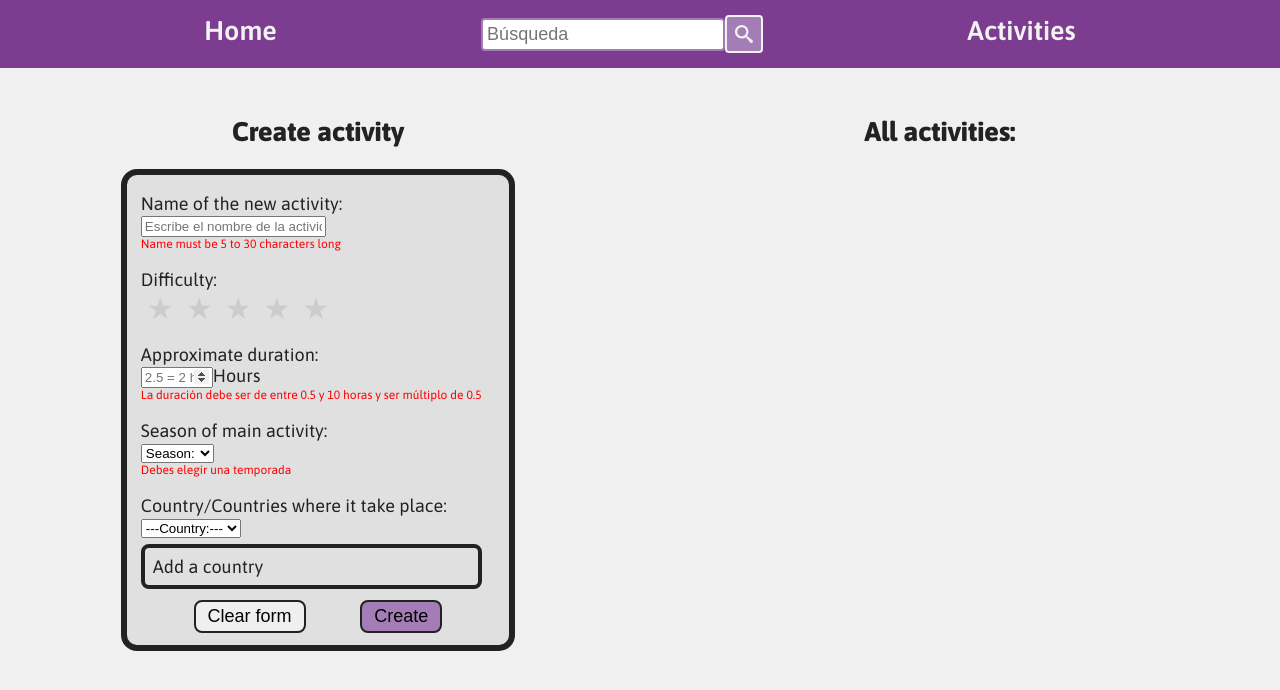
Repository: PCGP22/PI-Countries
Page: /countries/activities (app in cr-pi-countries-main/client/)
These files come from the project's save history. The page is drawn as it stood at one moment and after the next save; the edit follows.
The browser window is 1280 px wide. The pictures show the whole page.
The page's requests for data from a server got no answer. The project was rebuilt for these pictures with package versions that can differ from the ones it lists, and the page was loaded fresh each time. No one was signed in, and anything a server would have sent is missing. Also part of the build but not shown: cr-pi-countries-main/client/vite.config.js, cr-pi-countries-main/client/src/styles/LandingPage.modules.css, cr-pi-countries-main/client/src/components/LandingPage.jsx, cr-pi-countries-main/client/src/components/Detail.jsx, cr-pi-countries-main/client/src/components/Filter.jsx, cr-pi-countries-main/client/src/styles/HomePage.modules.css, cr-pi-countries-main/client/src/components/HomePage.jsx.

Above is the page before, as saved 2023-08-07 22:16:21.

### cr-pi-countries-main/client/src/main.jsx
import React from 'react'
import ReactDOM from 'react-dom/client'
import App from './App.jsx'
import { BrowserRouter } from 'react-router-dom'
import { Provider } from 'react-redux'
import store from './redux/store.js'

ReactDOM.createRoot(document.getElementById('root')).render(
  <Provider store={store}>
    <BrowserRouter>
      <App />
    </BrowserRouter>
  </Provider>
)

### cr-pi-countries-main/client/src/App.jsx
import {Routes, Route, useNavigate } from "react-router-dom"
import LandingPage from "./components/LandingPage"
import WithNavBar from "./components/WithNavBar"
import Detail from "./components/Detail.jsx"
import ActivityPage from "./components/ActivityPage"
import HomePage from "./components/HomePage.jsx"
import { useEffect } from "react"
import "./styles/App.modules.css"

function App() {

  // const navigate = useNavigate()

  // useEffect(() => {
  //   navigate("/countries/")
  // }, [])



  return (
    <Routes>
      <Route path="/countries/" element={<LandingPage navBar={false}/>}/>
      <Route element={<WithNavBar/>}>
        <Route path="/countries/countries/" element={<HomePage/>}/>
        <Route path="/countries/countries/search" element={<HomePage/>}/>
        <Route path="/countries/countries/:idCountry" element={<Detail/>}/>
        <Route path="/countries/activities" element={<ActivityPage/>}/>
      </Route>
    </Routes>
  )
}

export default App

### cr-pi-countries-main/client/src/redux/store.js
import { createStore, applyMiddleware } from "redux";
import thunkMiddleware from 'redux-thunk'
import { composeWithDevTools } from 'redux-devtools-extension'
import { reducer } from "./reducer.js"

const composedEnhancer = composeWithDevTools(applyMiddleware(thunkMiddleware))

const store = createStore(reducer, composedEnhancer);
export default store;

### cr-pi-countries-main/client/src/components/WithNavBar.jsx
import { Outlet   } from 'react-router-dom'
import NavBar from './NavBar.jsx'

function WithNavBar() {

  return (
    <>
      <NavBar/>
      <Outlet/>
    </>
  )
}

export default WithNavBar

### cr-pi-countries-main/client/src/components/ActivityPage.jsx
import { useEffect, useState } from 'react'
import "./ActividadesPage.css"
import { connect } from "react-redux"
import { activityCreate, addActivities, addCountries } from '../redux/actions';
import "../styles/ActivityPage.modules.css"

const regexNombre = /[\w]{5,}/i;
let countryList = []

const validar = (inputs) =>{

    let errores = {}

    if(!regexNombre.test(inputs.name) || inputs.name.length>30){
        errores.name = "Name must be 5 to 30 characters long"
    } else if(regexNombre.test(inputs.name) && inputs.name.length<30){delete errores.name}
    if(inputs.difficulty === 0){ errores.difficulty = "Debes elegir una dificultad"}
    else if(inputs.difficulty !== 0){delete errores.difficulty}
    if(inputs.duration%0.5 !== 0 || inputs.duration < 0.5 || inputs.duration > 10){
        errores.duration = "La duración debe ser de entre 0.5 y 10 horas y ser múltiplo de 0.5"
    } else if (inputs.duration%0.5 === 0 && inputs.duration > 0.5 && inputs.duration < 10){
        delete errores.duration
    }
    if(inputs.season === ""){
        errores.season = "Debes elegir una temporada"
    } else if( inputs.season !== ""){delete errores.season}
    if(inputs.countryId.join("") === "" ){
        errores.countryId = "Debes seleccionar al menos un país"
    } else if( inputs.countryId.length !== 0){delete errores.countryId}

    return errores
}

function ActivityPage(props) {
    const [rating, setRating] = useState(0);
    const initialState = {
        name: "",
        difficulty: 0,
        duration: 0,
        season: "",
        countryId: [],
    }
    const [countryBox, setCountryBox] = useState([])
    const [form, setForm] = useState(initialState)
    const [errores, setErrores] = useState({})

    const ratings = [1,2,3,4,5]
    const [hover, setHover] = useState(0);
    const activities = props.allActivities
    const countries = props.allCountries.sort((a,b)=>{
        if (a.name < b.name) {
          return -1;
        }
        if (a.name > b.name) {
          return 1;
        }
        return 0;
      })

      useEffect(() => {
        setForm({...form, countryId: countryList})
        setErrores(validar({...form, countryId: countryList}))
        console.log(form.countryId)
      }, [countryBox])

    const handleChange = (e) => {
        if(e.target.value !== "ignore"){
            setForm({...form, [e.target.name]: e.target.value})
            setErrores(validar({...form, [e.target.name]: e.target.value}))
        }

    }
    const handleCountryChange = (e) => {
        let [id, name] = e.target.value.split(",")
        setCountryBox([...countryBox, name])
        countryList.push(id)
    }

    const handleReset = () => {
        setForm(initialState)
        setCountryBox([])
        setRating(0)
        setHover(0)
        countryList = []
    }

    const handleSubmit = (e) => {
        e.preventDefault()
        let erroresLength = Object.keys(errores).length;
        if(!erroresLength){
            props.activityCreate(form)
            handleReset()
            e.target.reset()
        } else {
            let errorLog = []
            for(let error in errores){
                errorLog.push(errores[error])
            }
            alert(errorLog.join("\n"))
        }
    }

    const handleClose = (e) => {
        setCountryBox(countryBox.filter(c=> c!== e.target.value))
    }

    useEffect(() => {
        props.addActivities()
        props.addCountries()
    }, [form])

  return (
    <div className='activityPage__container'>
        <aside className='activityPage__aside'>
            <h1>Create activity</h1>
            <form onSubmit={handleSubmit} className='activityPage__form'>
                <fieldset className='activityPage__formSection'>
                    <label htmlFor="name">Name of the new activity:</label>
                    <br/>
                    <input type='text' name="name" onChange={handleChange} placeholder='Escribe el nombre de la actividad'/>
                    {errores.name?<p className="form--error no-space">{errores.name}</p>:""}
                </fieldset>
                <fieldset className='activityPage__formSection'>
                    <label htmlFor='difficulty'>Difficulty:</label>
                    <div className='filter__starContainer'>
                        {
                            ratings.map(i => {
                                return(
                                    <button type="button" name="difficulty" className={i <= (hover || rating)? "on star" : "off star"} key={i} index={i}
                                    onClick={() => {setRating(i); setForm({...form, difficulty: i})}}
                                    onMouseEnter={() => setHover(i)}
                                    onMouseLeave={() => setHover(rating)}>★</button>
                                    )

                                })
                            }
                    </div>
                </fieldset>
                <fieldset className='activityPage__formSection'>
                    <label htmlFor="duration">Approximate duration:</label>
                    <br/>
                    <input type='number' onChange={handleChange} name="duration" placeholder='2.5 = 2 horas y media' min="0.5" max="10" step="0.5"/>
                    <span>Hours</span>
                    {errores.duration?<p className="form--error no-space">{errores.duration}</p>:""}
                </fieldset>
                <fieldset className='activityPage__formSection'>
                    <label htmlFor='season'>Season of main activity:</label>
                    <br/>
                    <select onChange={handleChange} name="season">
                        <option value="ignore" defaultValue={true}>Season:</option>
                        <option value="Primavera">Spring</option>
                        <option value="Verano">Summer</option>
                        <option value="Otoño">Fall</option>
                        <option value="Invierno">Winter</option>
                    </select>
                    {errores.season?<p className="form--error no-space">{errores.season}</p>:""}
                </fieldset>
                <fieldset className='activityPage__formSection'>
                    <label htmlFor='countryId'>Country/Countries where it take place:</label>
                    <br/>
                    <select onChange={handleCountryChange} name="countryId">
                        <option defaultValue={true}>---Country:---</option>
                        {countries.map(c=>{
                            return(
                                <option key={c.name} value={[c.id,c.name]}>{c.name}</option>
                            )
                        })}
                    </select>
                    <div className='activityPage__countryBox'>
                        {countryBox.length>0 ? countryBox.map(c=>
                            <div key={c} className='activityPage__countryList'>
                                <span>{c}</span>
                                <button type='button' onClick={handleClose} className='activityPage__closeButton' value={c}>x</button>
                            </div>
                        ):
                            <div className='activityPage__countryList'> Add a country</div>
                        }
                    </div>
                </fieldset>
                <div className='activityPage__formButtons'>
                    <button onClick={handleReset} type="reset" className='activityPage__button'>Clear form</button>
                    <button type='submit' className='activityPage__button submitButton'>Create</button>
                </div>
            </form>
        </aside>
        <main className='activityPage__main'>
            <h2>All activities:</h2>
            <section className='activityContainer'>
                {activities.length > 0 && activities.map(a=>{
                    let ratingActivity = "★".repeat(a.difficulty).split("")
                    return(
                        <div className='activityBox' key={a.id}>
                            <h3>Name: {a.name? a.name: "N/A"}</h3>
                            {ratingActivity.map((r)=>
                                <span key={Math.random()} className='on star_mini'>{r}</span>
                                )}
                            <p>Duration: {a.duration? a.duration : "N/A"} Hrs.</p>
                            <p>Season: {a.season? a.season : "N/A"}</p>
                            <p>Countries: {a.countryId? a.countryId.join(", ") : "N/A"}</p>
                        </div>
                    )
                })}
            </section>
        </main>
    </div>
  )
}


const mapStateToProps =(state) => {
    return{
        allActivities: state.allActivities,
        allCountries: state.allCountries
    }
}

const mapDispatchToProps = (dispatch) => {
    return{
        activityCreate: (activity) => {dispatch(activityCreate(activity))},
        addActivities: () => {dispatch(addActivities())},
        addCountries: ()=>{dispatch(addCountries())},

    }
}

export default connect(mapStateToProps,mapDispatchToProps)(ActivityPage)

### cr-pi-countries-main/client/src/styles/App.modules.css
@import url('https://fonts.googleapis.com/css2?family=Asap:wght@400;600;800&display=swap');

:root{
    --black: #222;
    --dark-purple: #7c3c8f;
    --purple: #a57db6;
    --dark-grey: #e0e0e0;
    --white: #f2f2f2;
    --light-grey: #f0f0f0;

    font-family: 'Asap', sans-serif;
    font-size: 18px;
    color: var(--black);
    background-color: var(--light-grey);


}
a{
    text-decoration: none;
    font-family: inherit;
    color: inherit;
    text-align: center;
}

a.button{
    color: var(--black);
    background-color: var(--light-grey);
    display: inline-block;
    width: fit-content;
}

body{
    padding:0;
    margin: 0;
}

.title-text{
    font-weight: 800;
    font-size: 4em;
}

.big-text{
    font-weight: 600;
    font-size: 1.5em;
}

.normal-text{
    font-weight: 400;
}

.white-text{
    color: var(--white);
}
.button{
    background-color: var(--light-grey);
}

.dark-purple{
    background: var(--dark-purple);
}

.purple{
    background: var(--purple);
}

.soft-grey{
    background-color: var(--light-grey);
}

.dark-grey{
    background-color: var(--dark-grey);
}

.no-space{
    margin: 0;
    padding: 0;
}

### cr-pi-countries-main/client/src/components/NavBar.jsx
import { Link } from 'react-router-dom'
import SearchBar from './SearchBar'
import { useLocation } from 'react-router-dom'
import "../styles/NavBar.modules.css"

function NavBar() {

  const location = useLocation();
  return (
      <div className='navBar__Container dark-purple white-text'>
        <Link to="/countries/countries/" className={location.pathname.toString() === "/countries/countries/"? 'navBar__link link_active big-text': 'navBar__link big-text'}>Home</Link>
        <SearchBar/>
        <Link to="/countries/activities/" className={location.pathname.toString() === "/countries/activities/"? 'navBar__link link_active big-text': 'navBar__link big-text'}>Activities</Link>
      </div>
  )
}

export default NavBar

### cr-pi-countries-main/client/src/redux/actions.js
export const ADD_COUNTRIES = "ADD_COUNTRIES"
export const ID_SEARCH = "ID_SEARCH"
export const NAME_SEARCH = "NAME_SEARCH"
export const FILTER = "FILTER"
export const ORDER = "ORDER"
export const ACTIVITY_CREATE = "ACTIVITY_CREATE"
export const ADD_ACTIVITIES = "ADD_ACTIVITIES"
import axios from "axios"

export const addCountries = () => {
    const endpoint = 'http://localhost:5000/countries/'
    return async (dispatch) => {
        try{
            const {data} = await axios.get(endpoint);
            return dispatch({
                type: ADD_COUNTRIES,
                payload: data
            })
        }
        catch(error){
            console.log(error.message)
        }
}}

export const addActivities = () => {
    const endpoint = 'http://localhost:5000/countries/activities'
    return async (dispatch) =>{
        try{
            const {data} = await axios.get(endpoint);
            return dispatch({
                type: ADD_ACTIVITIES,
                payload: data
            })
        }
        catch(error){
            console.log(error.message)
        }
    }
}

export const idSearch = (idCountry) => {
    const endpoint = `http://localhost:5000/countries/countries/${idCountry}`
    return async (dispatch) => {
    try{
        const {data} = await axios(endpoint)
        if(typeof data === "error"){console.log("error")}
        return dispatch({
            type: ID_SEARCH,
            payload: data[0]
        })
    }
    catch(error){
        console.log(error)
    }
}
}

export const nameSearch = (name) => {
    const endpoint = `http://localhost:5000/countries/countries/search?name=${name}`
    return async (dispatch) => {
        try{
            const {data} = await axios(endpoint)
            return dispatch({
                type: NAME_SEARCH,
                payload: data
            })
        }
        catch(error){
            console.log(error.message)
            return dispatch({
                type: NAME_SEARCH,
                payload: "error"
            })
        }
    }
}

export const filter = (filterdata) => {return {
    type: FILTER,
    payload: filterdata
}}

export const order = (orderdata) => {return{
    type: ORDER,
    payload: orderdata
}}

export const activityCreate = (activity) => {
    const endpoint = 'http://localhost:5000/countries/activities/'
    return async (dispatch) => {
        try{
            const {data} = await axios.post(endpoint,activity);
            return dispatch({
                type: ACTIVITY_CREATE,
                payload: data
            })
        }
        catch(error){
            console.log(error.message)
        }
    }
}

### cr-pi-countries-main/client/src/styles/Detail.modules.css
.detail__container{
    padding:2%;
    display:grid;
    gap:15px;
    grid-template-areas: "main aside aside";
}
.detail__aside{
    grid-area: aside;
    display: flex;
    flex-direction: column;
    align-items: center;
    flex-wrap: wrap;
}
.detail__img{
    width: 100%;
}
.detail__info{
    border: 6px var(--black) solid;
    border-radius: 16px;
    background-color: var(--dark-grey);
    padding: 2%;
}

.activityPage__main{
    grid-area: main;
    width: clamp(100px,200px,300px);
    display: flex;
    flex-direction: column;
    align-items: center;
}

@media(max-width: 40em){
    .detail__container{
        font-size: 0.8em;
        grid-template-areas: "main" "aside";
    }
}

### cr-pi-countries-main/client/src/components/ActividadesPage.css
.star{
    font-size: 30px;
    background-color: transparent;
    border: none;
    outline: none;
    cursor: pointer;
}
.on {
    color: #efde23;
}
.off {
    color: #ccc;
}
input[type=number]::-webkit-inner-spin-button {
    opacity: 1
}
.form--error{
    color:red;
    font-size: 12px;
}

### cr-pi-countries-main/client/src/styles/ActivityPage.modules.css
.activityPage__container{
    padding:2%;
    display:grid;
    gap:15px;
    grid-template-areas: "aside main main";
}
.activityPage__aside{
    grid-area: aside;
    display: flex;
    flex-direction: column;
    align-items: center;
    flex-wrap: wrap;
}

.activityPage__form{
    border: 6px var(--black) solid;
    border-radius: 16px;
    background-color: var(--dark-grey);
    padding: 2%;
}

.activityPage__countryBox{
    border: 4px var(--black) solid;
    border-radius: 8px;
    padding:8px;
    display:flex;
    flex-wrap: wrap;
    flex-direction: column;
    gap: 6px;
    margin-top: 6px;
}
.activityPage__countryList{
    display: flex;
    justify-content: space-between;
}

.activityPage__formSection{
    border:none;
    padding-left:0;
}

.activityPage__closeButton{
    border: 2px var(--black) solid;
    background-color: red;
    color:var(--white);
    padding: 2px 6px;
    border-radius: 6px;
    display: grid;
    place-content: center;
}

.activityPage__formButtons{
    display: flex;
    justify-content: space-evenly;
}

.activityPage__button{
    padding:4px 12px;
    border: 2px var(--black) solid;
    border-radius: 8px;
    font-size: 1em;
}
.activityPage__button{
    cursor:pointer;
}

.submitButton{
    background-color: var(--purple);
}
.submitButton:hover{
    background-color: var(--dark-purple);
    color:var(--white);
}
.submitButton:active{
    background-color: var(--black);
}

.activityPage__main{
    grid-area: main;
    width: 100%;
    display: flex;
    flex-direction: column;
    align-items: center;
}

.activityBox{
    border: 4px var(--black) solid;
    border-radius: 8px;
    background-color: white;
    overflow: hidden;
    padding: 8px;
}

.activityContainer{
    width: 100%;
    display: grid;
    grid-template-columns: repeat(auto-fill, minmax(200px,1fr));
    gap:10px;
}

@media(max-width: 41em){
    select > option, select{
        width: 250px;
    }
    .activityPage__container{
        font-size: 0.8em;
        grid-template-areas: "aside" "main";
    }
}

### cr-pi-countries-main/client/src/components/SearchBar.jsx
import React, { useEffect, useState } from 'react'
import { connect } from 'react-redux'
import { ImSearch } from "react-icons/im";
import { nameSearch } from '../redux/actions';
import { Link } from 'react-router-dom';
import "../styles/SearchBar.modules.css"


function SearchBar(props) {

  const [name, setName] = useState()

  const handleChange = (e) => {
    setName(e.target.value)
  }

  let aux = ""
  const handleClick = async() => {
     aux = await props.nameSearch(name.toString().trim())
     setName("")
  }

  const handleKeyDown = async(e) => {
    if(e.keyCode === 13) { //Detect enter
      aux = await props.nameSearch(name.toString().trim())
      setName("")
    }
  }

  return (
    <div className='searchBar__container normal-text'>
        <input type='text' placeholder='Búsqueda' onChange={handleChange} onKeyDown={handleKeyDown} className='searchBar__input' value={name}/>
        <Link to={`/countries/countries/search?name=${name}`} className='searchBar__button'>
          <ImSearch onClick={handleClick}/>
        </Link>
    </div>
  )
}

const mapDispatchToProps = (dispatch) => {
  return{
    nameSearch: (name) => {dispatch(nameSearch(name))}
  }
}

export default connect(null,mapDispatchToProps)(SearchBar)

### cr-pi-countries-main/client/src/styles/NavBar.modules.css
.navBar__Container{
    padding: 15px 0;
    display: flex;
    justify-content: space-evenly;
}

.link_active{
    text-decoration: underline;
    text-decoration-thickness: 4px;
    text-underline-offset: 8px;
}

@media(max-width: 33em) {
    .navBar__Container>a{
        font-size: 1.2em;
    }
}

### cr-pi-countries-main/client/src/styles/Filter.modules.css
.filters__container{
    padding: 10px 0;
    display: flex;
    justify-content: space-evenly;
    flex-wrap: wrap;
    font-weight: 600;
}

.label{
    padding-right: 10px;
}
select:hover{
    background-color: var(--purple);
    color: var(--white);
}

@media (max-width:25em){
    .label{
        display: none;
    }
}

### cr-pi-countries-main/client/src/styles/SearchBar.modules.css
.searchBar__container{
    display: flex;
    align-items: center;
}

.searchBar__input{
    font-size: 1em;
    border:2px var(--purple) solid;
    border-radius: 4px;
    padding: 4px;
}

.searchBar__button{
    background-color: var(--purple);
    font-size: 1em;
    display: grid;
    place-items: center;
    padding: 8px;
    border-radius: 4px;
    border: 2px var(--white) solid;
}

.searchBar__button:hover{
    background-color:var(--dark-purple);
}

.searchBar__button:active{
    background-color:var(--black);
}

@media(max-width: 33em) {
    .searchBar__input{
        width: 100px;
    }
}

Loaded but not shown: cr-pi-countries-main/client/index.html (common file); cr-pi-countries-main/client/src/redux/reducer.js (127 lines, source omitted)

After the next save:
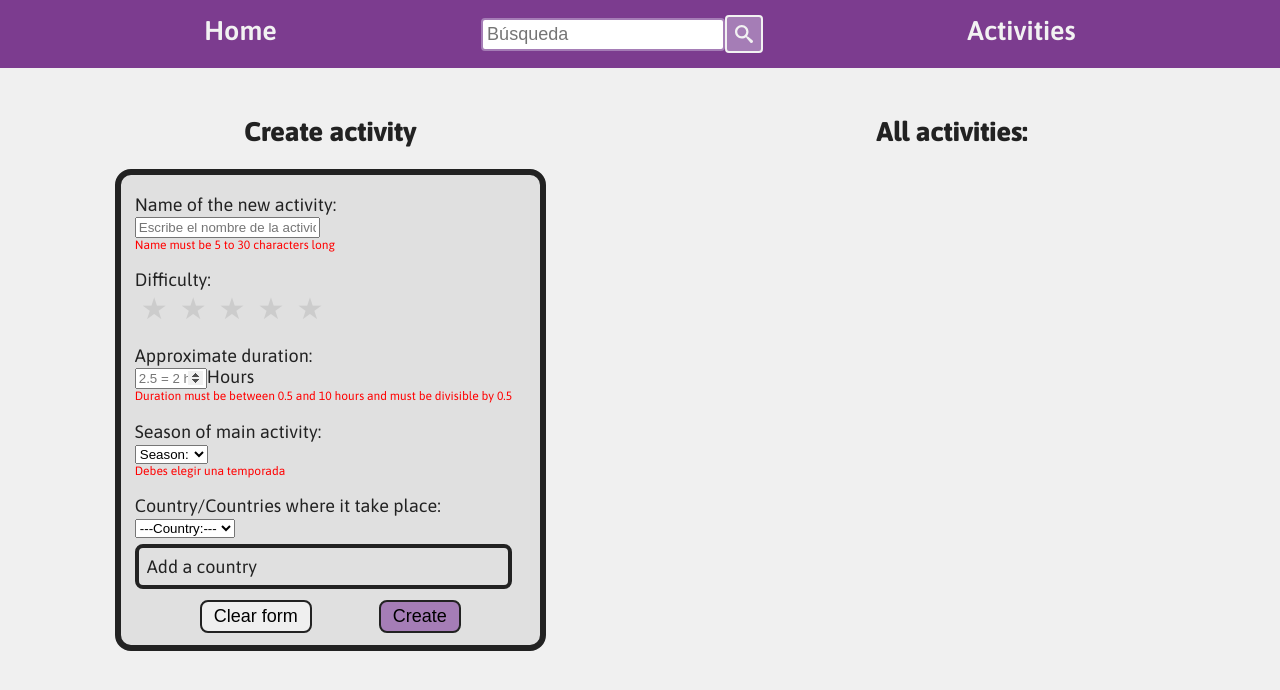
Saved 119 s later.
--- a/cr-pi-countries-main/client/src/components/ActivityPage.jsx
+++ b/cr-pi-countries-main/client/src/components/ActivityPage.jsx
@@ -14,10 +14,10 @@ const validar = (inputs) =>{
     if(!regexNombre.test(inputs.name) || inputs.name.length>30){
         errores.name = "Name must be 5 to 30 characters long"
     } else if(regexNombre.test(inputs.name) && inputs.name.length<30){delete errores.name}
-    if(inputs.difficulty === 0){ errores.difficulty = "Debes elegir una dificultad"}
+    if(inputs.difficulty === 0){ errores.difficulty = "Please select difficulty"}
     else if(inputs.difficulty !== 0){delete errores.difficulty}
     if(inputs.duration%0.5 !== 0 || inputs.duration < 0.5 || inputs.duration > 10){
-        errores.duration = "La duración debe ser de entre 0.5 y 10 horas y ser múltiplo de 0.5"
+        errores.duration = "Duration must be between 0.5 and 10 hours and must be divisible by 0.5"
     } else if (inputs.duration%0.5 === 0 && inputs.duration > 0.5 && inputs.duration < 10){
         delete errores.duration
     }
